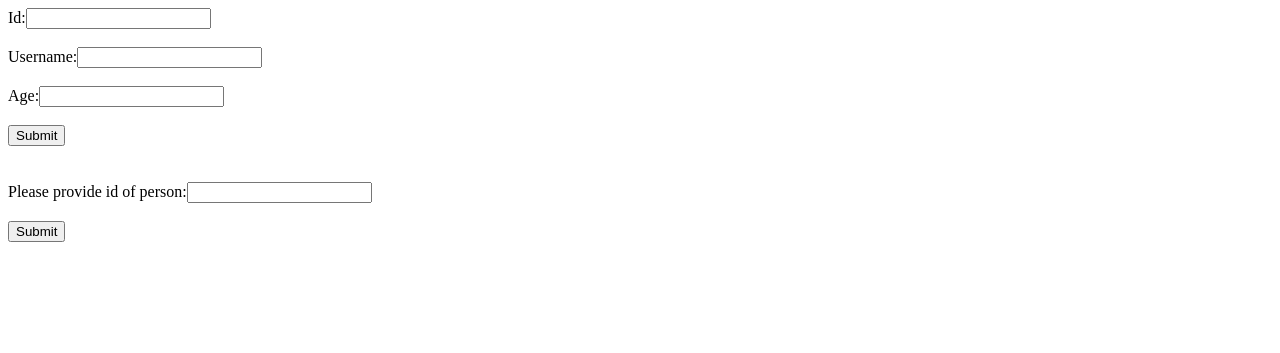
Repository: debrajnandi/APMM-Microservice
Page: http://localhost/PersonSpringBootJPAh2/home.jsp
These files come from the project's save history. The page is drawn as it stood at one moment and after the next save; the edit follows.
The browser window is 1280 px wide. The pictures show the whole page.
The page is served by Tomcat 9.

Above is the page before, as saved 2018-10-03 07:29:27.

After the next save:
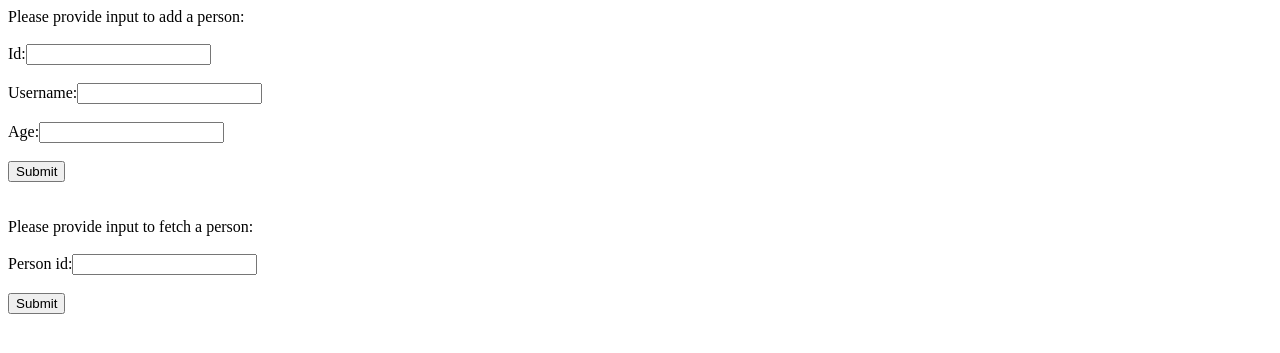
Saved 8 min 56 s later.
--- a/PersonSpringBootJPAh2/src/main/webapp/home.jsp
+++ b/PersonSpringBootJPAh2/src/main/webapp/home.jsp
@@ -8,6 +8,8 @@
 </head>
 <body>
 	<form action="addPerson">
+	Please provide input to add a person:
+	<br><br>
 		Id:<input type="text" name="id">
 		<br><br>
 		Username:<input type="text" name="name">
@@ -18,9 +20,10 @@
 	</form>
 	<br><br>
 	<form action="getPerson">
-		Please provide id of person:<input type="text" name="id">
+	Please provide input to fetch a person:
+	<br><br>
+		Person id:<input type="text" name="id">
 		<br><br>
-
 		<input type="submit">
 	</form>
 
